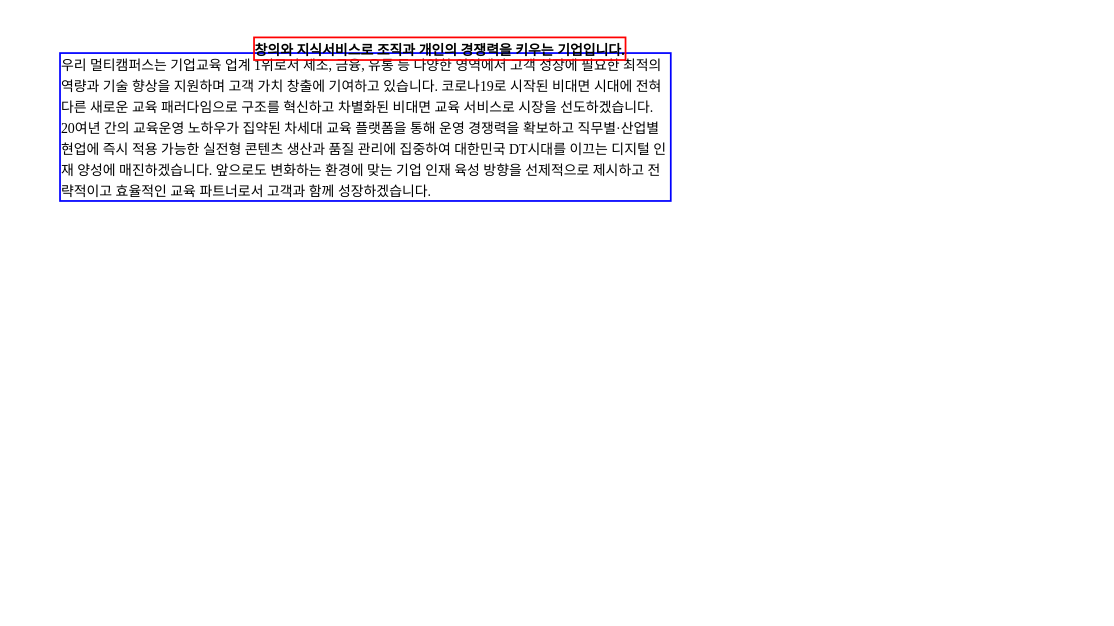
Repository: zmfhd1/Web
Page: boardtest/WebContent/overflow.html
An editor plug-in stored every save of this project. The page is shown before and after the next save, followed by the edit.
The browser window is 1280 px wide. The pictures show the whole page, at 87% of full size.

Above is the page before, as saved 2021-08-23 01:39:02.

After the next save:
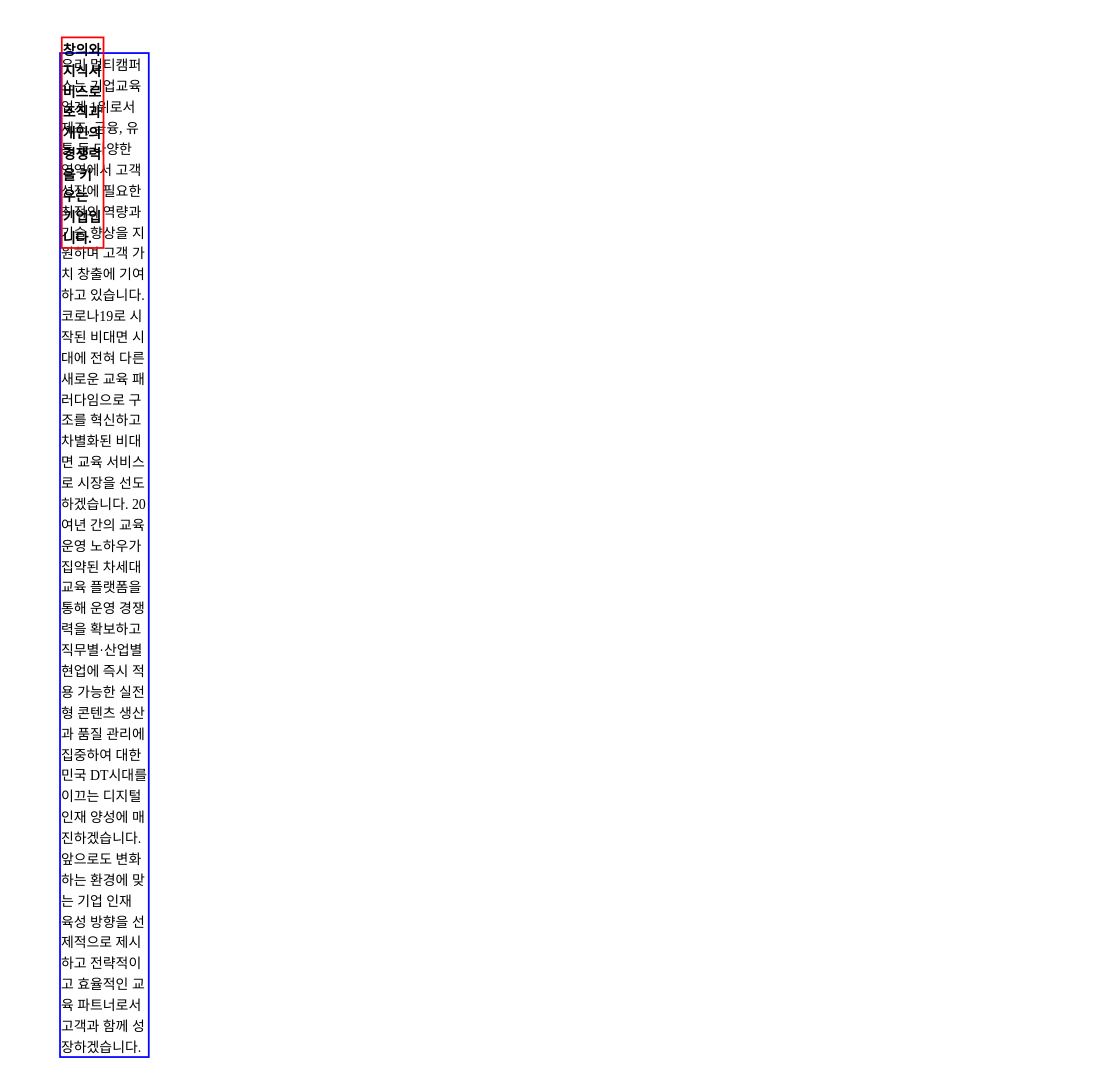
Saved 2 min 37 s later.
--- a/boardtest/WebContent/overflow.html
+++ b/boardtest/WebContent/overflow.html
@@ -5,7 +5,7 @@
   <style type="text/css">
   .content{
   border : 2px solid blue;
-  width : 700px;
+  width : 100px;
   margin: 40px;
    position : relative;
   top : 20px;
